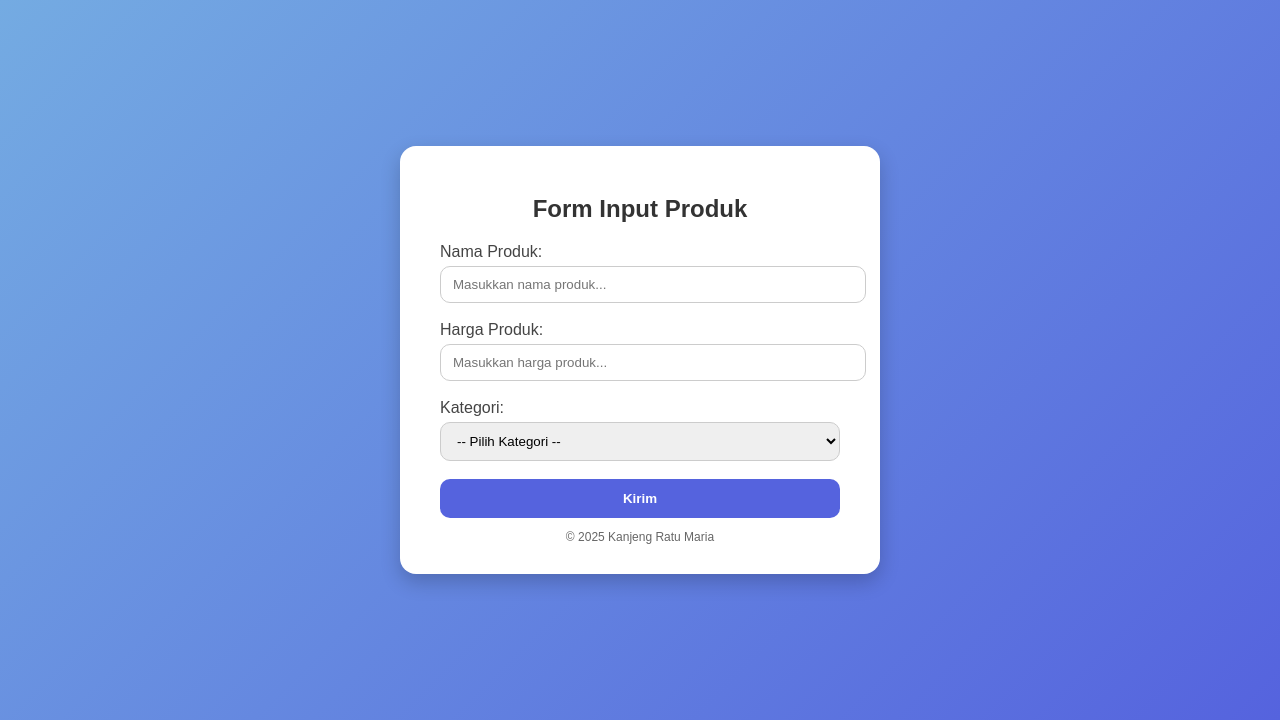
Repository: Bearli-py/latihan_laravel
Page: http://localhost/form-produk
These files come from the project's save history. The page is drawn as it stood at one moment and after a run of saves; the edit follows.
The browser window is 1280 px wide. The pictures show the whole page.
The page is served by the project's Laravel application, run on PHP 8.4 with Laravel 10.

Above is the page before, as saved 2025-10-22 14:38:45.

After the next 2 saves:
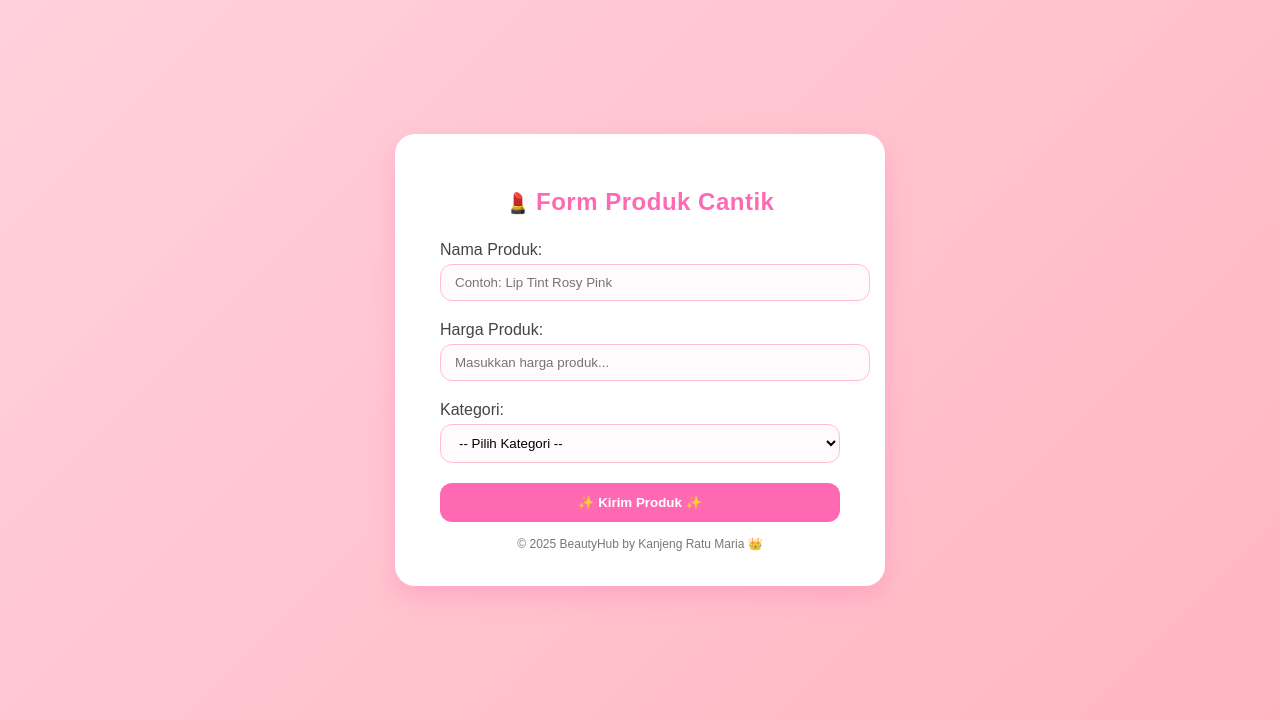
The 2 saves are shown as one change because they came seconds apart.
The last was saved 8 min 45 s later.
--- a/resources/views/form-produk.blade.php
+++ b/resources/views/form-produk.blade.php
@@ -3,11 +3,11 @@
 <head>
     <meta charset="UTF-8">
     <meta name="viewport" content="width=device-width, initial-scale=1.0">
-    <title>Form Input Produk</title>
+    <title>Form Input Produk Cantik</title>
     <style>
         body {
             font-family: 'Poppins', sans-serif;
-            background: linear-gradient(135deg, #74ABE2, #5563DE);
+            background: linear-gradient(135deg, #FFD1DC, #FFB6C1);
             min-height: 100vh;
             display: flex;
             align-items: center;
@@ -18,15 +18,17 @@
         .form-container {
             background-color: #fff;
             width: 400px;
-            padding: 30px 40px;
-            border-radius: 16px;
-            box-shadow: 0 8px 20px rgba(0, 0, 0, 0.2);
+            padding: 35px 45px;
+            border-radius: 20px;
+            box-shadow: 0 10px 25px rgba(255, 105, 180, 0.3);
         }
 
         h2 {
             text-align: center;
-            color: #333;
-            margin-bottom: 20px;
+            color: #FF69B4;
+            margin-bottom: 25px;
+            font-weight: 700;
+            letter-spacing: 0.5px;
         }
 
         label {
@@ -36,51 +38,57 @@
 
         input, select {
             width: 100%;
-            padding: 10px 12px;
+            padding: 10px 14px;
             margin-top: 5px;
-            margin-bottom: 18px;
-            border: 1px solid #ccc;
-            border-radius: 10px;
+            margin-bottom: 20px;
+            border: 1px solid #ffc0cb;
+            border-radius: 12px;
             outline: none;
             transition: 0.3s;
+            background-color: #fffafc;
         }
 
         input:focus, select:focus {
-            border-color: #5563DE;
-            box-shadow: 0 0 4px rgba(85, 99, 222, 0.5);
+            border-color: #FF69B4;
+            box-shadow: 0 0 6px rgba(255, 105, 180, 0.5);
         }
 
         button {
             width: 100%;
             padding: 12px;
-            background-color: #5563DE;
+            background-color: #FF69B4;
             color: white;
             font-weight: 600;
             border: none;
-            border-radius: 10px;
+            border-radius: 12px;
             cursor: pointer;
             transition: 0.3s;
         }
 
         button:hover {
-            background-color: #3c48c0;
+            background-color: #ff4da6;
         }
 
         footer {
             text-align: center;
-            margin-top: 12px;
+            margin-top: 15px;
             font-size: 12px;
-            color: #666;
+            color: #777;
+        }
+
+        .emoji {
+            font-size: 20px;
+            margin-right: 5px;
         }
     </style>
 </head>
 <body>
     <div class="form-container">
-        <h2>Form Input Produk</h2>
+        <h2><span class="emoji">💄</span>Form Produk Cantik</h2>
         <form action="/kirim-produk" method="POST">
             @csrf
             <label for="nama">Nama Produk:</label>
-            <input type="text" id="nama" name="nama" placeholder="Masukkan nama produk..." required>
+            <input type="text" id="nama" name="nama" placeholder="Contoh: Lip Tint Rosy Pink" required>
 
             <label for="harga">Harga Produk:</label>
             <input type="number" id="harga" name="harga" placeholder="Masukkan harga produk..." required>
@@ -88,14 +96,16 @@
             <label for="kategori">Kategori:</label>
             <select id="kategori" name="kategori" required>
                 <option value="">-- Pilih Kategori --</option>
-                <option value="Makanan">Makanan</option>
-                <option value="Minuman">Minuman</option>
-                <option value="Elektronik">Elektronik</option>
+                <option value="Skincare">Skincare</option>
+                <option value="Makeup">Makeup</option>
+                <option value="Parfum">Parfum</option>
+                <option value="Aksesoris">Aksesoris</option>
+                <option value="Fashion">Fashion</option>
             </select>
 
-            <button type="submit">Kirim</button>
+            <button type="submit">✨ Kirim Produk ✨</button>
         </form>
-        <footer>© 2025 Kanjeng Ratu Maria</footer>
+        <footer>© 2025 BeautyHub by Kanjeng Ratu Maria 👑</footer>
     </div>
 </body>
 </html>
